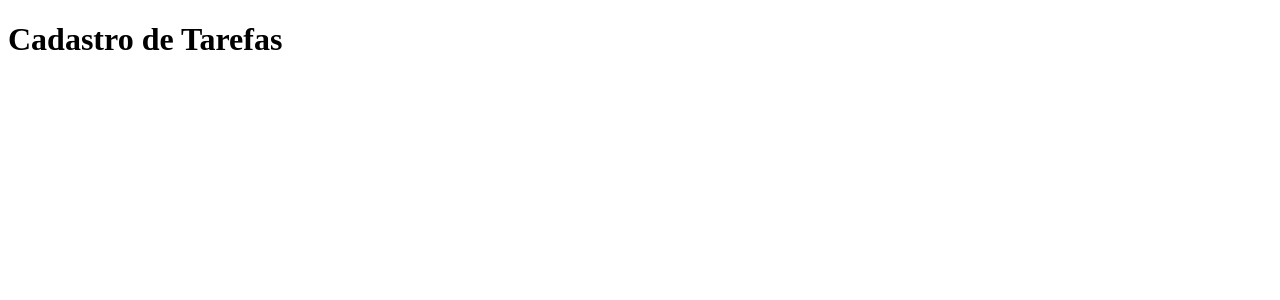
Repository: JuniorMagalhaesDeAlcantara/TarefasSpringBoot
Page: src/main/resources/templates/create.html
The author's editor kept a copy of each file at every save. The page is drawn from the files as they stood at one save, then again after the next save.
The browser window is 1280 px wide. The pictures show the whole page.

Above is the page before, as saved 2022-08-07 19:09:55.

### src/main/resources/templates/create.html
<!DOCTYPE html>
<html lang="en">
<head>
    <meta charset="UTF-8">
    <meta http-equiv="X-UA-Compatible" content="IE=edge">
    <meta name="viewport" content="width=device-width, initial-scale=1.0">
    <title>Cadastro de Tarefas</title>
</head>
<body>
    <h1>Cadastro de Tarefas</h1>
</body>
</html>

After the next save:
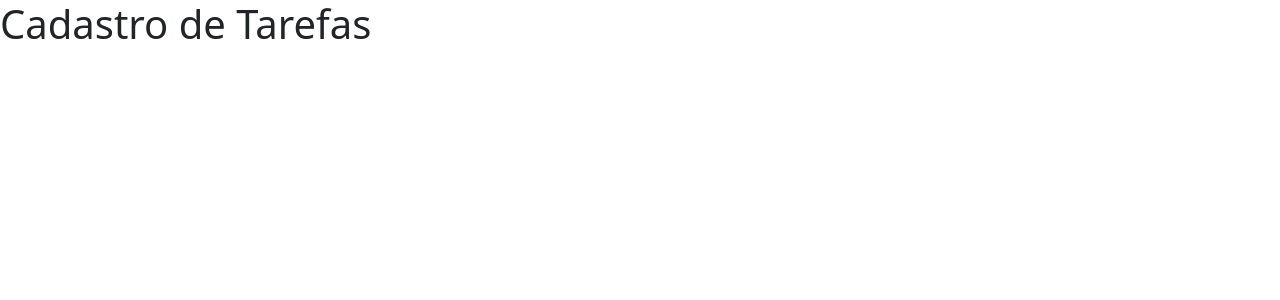
Saved 8 min 51 s later.
--- a/src/main/resources/templates/create.html
+++ b/src/main/resources/templates/create.html
@@ -4,6 +4,10 @@
     <meta charset="UTF-8">
     <meta http-equiv="X-UA-Compatible" content="IE=edge">
     <meta name="viewport" content="width=device-width, initial-scale=1.0">
+
+    <!-- CSS only -->
+<link href="https://cdn.jsdelivr.net/npm/bootstrap@5.2.0/dist/css/bootstrap.min.css" rel="stylesheet" integrity="sha384-gH2yIJqKdNHPEq0n4Mqa/HGKIhSkIHeL5AyhkYV8i59U5AR6csBvApHHNl/vI1Bx" crossorigin="anonymous">
+
     <title>Cadastro de Tarefas</title>
 </head>
 <body>
